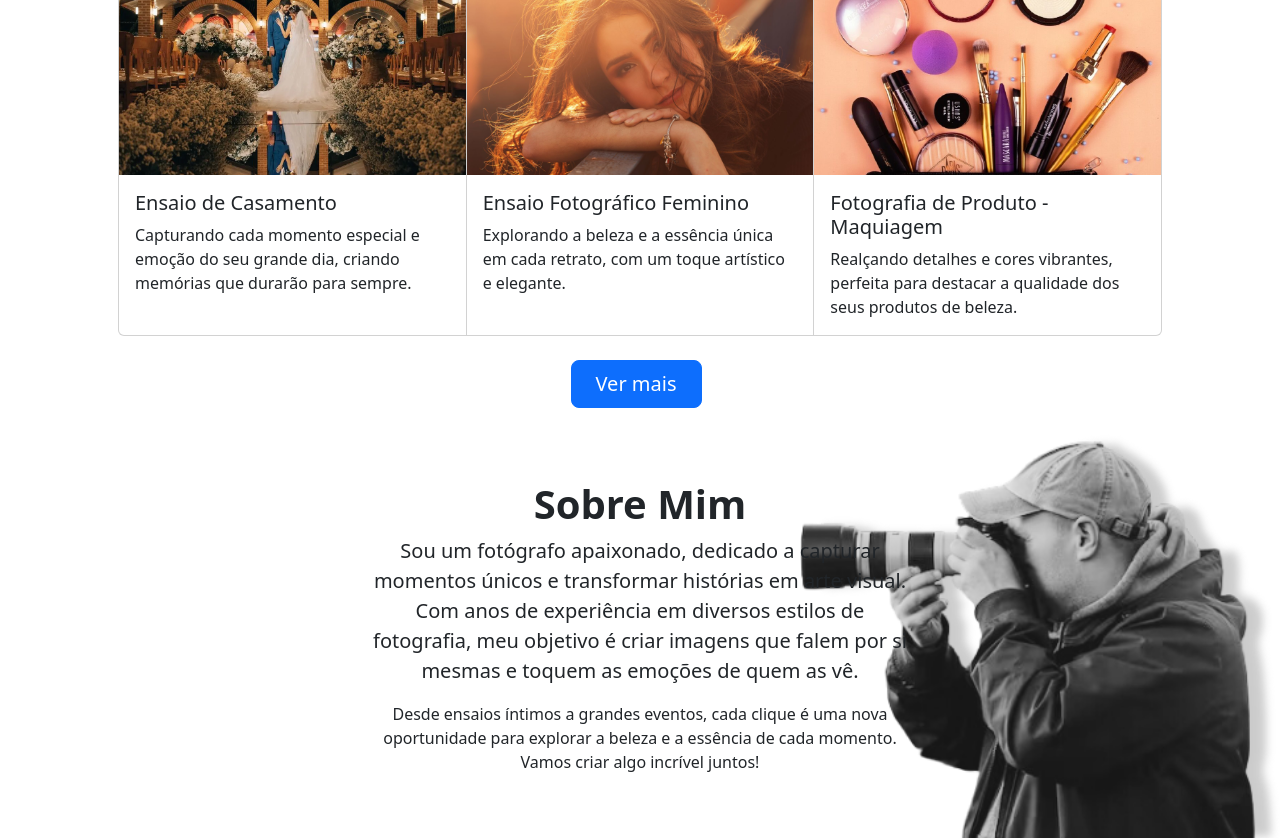
Repository: Marinalr-25/portifolio-fotografia
Page: index.html
The author's editor kept a copy of each file at every save. The page is drawn from the files as they stood at one save, then again after the next save.
The browser window is 1280 px wide. The pictures show the part of the page from y = 719 to 1671 px (the page is 1557 px tall before and 1671 px after).
A picture or video elsewhere on the page could not be fetched, so the positions and the page height are approximate.

Above is the page before, as saved 2025-01-19 17:40:23.

After the next save:
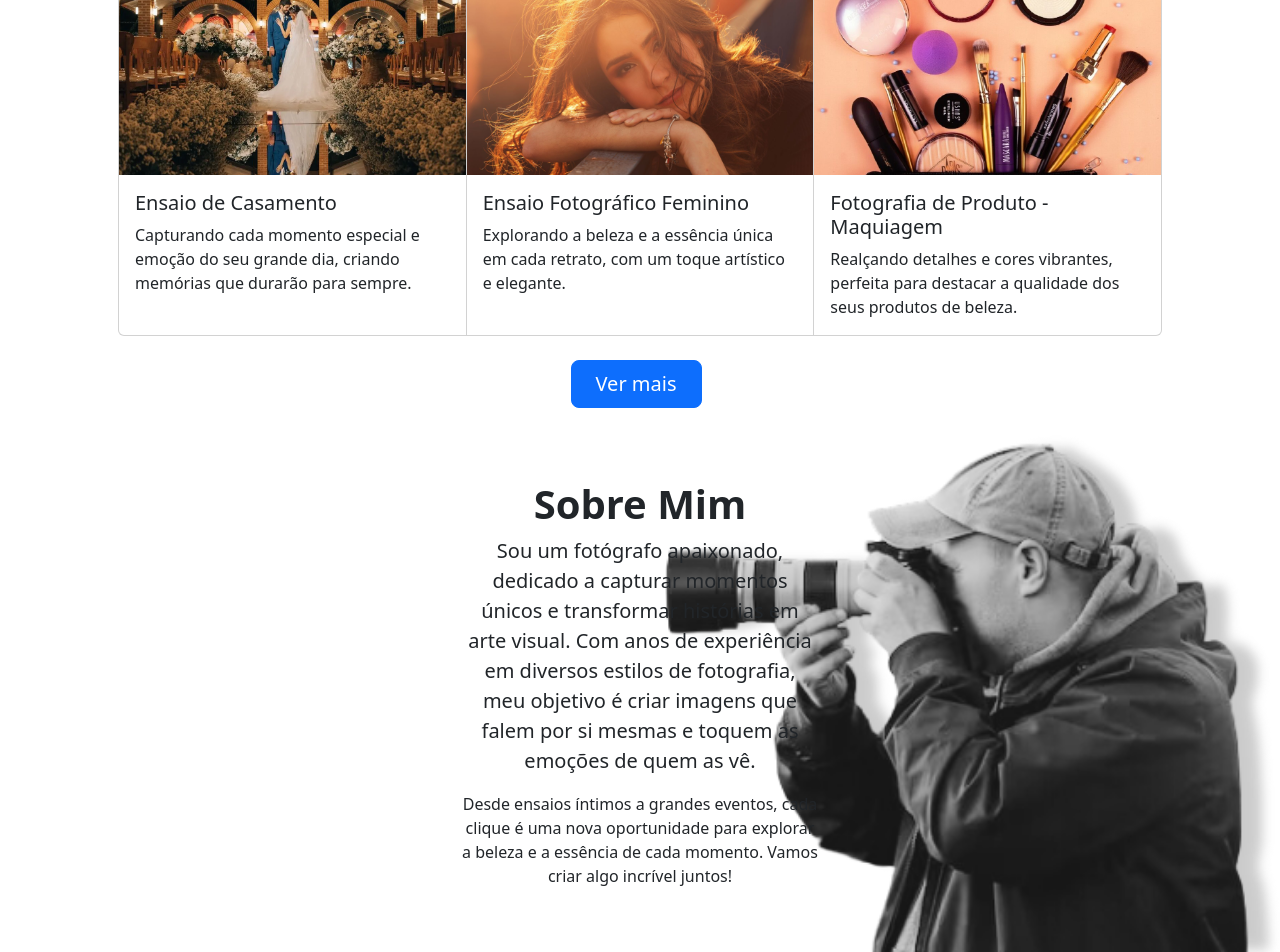
Saved 4 s later.
--- a/index.html
+++ b/index.html
@@ -150,7 +150,7 @@
     <div class="fotografo">
       <div id="sobre" class="container py-5">
         <div class="row justify-content-center">
-          <div class="col-lg-6 text-center">
+          <div class="col-lg-4 text-center">
             <h1 class="fw-bold">Sobre Mim</h1>
             <p class="lead">
               Sou um fotógrafo apaixonado, dedicado a capturar momentos únicos e

After the save that followed:
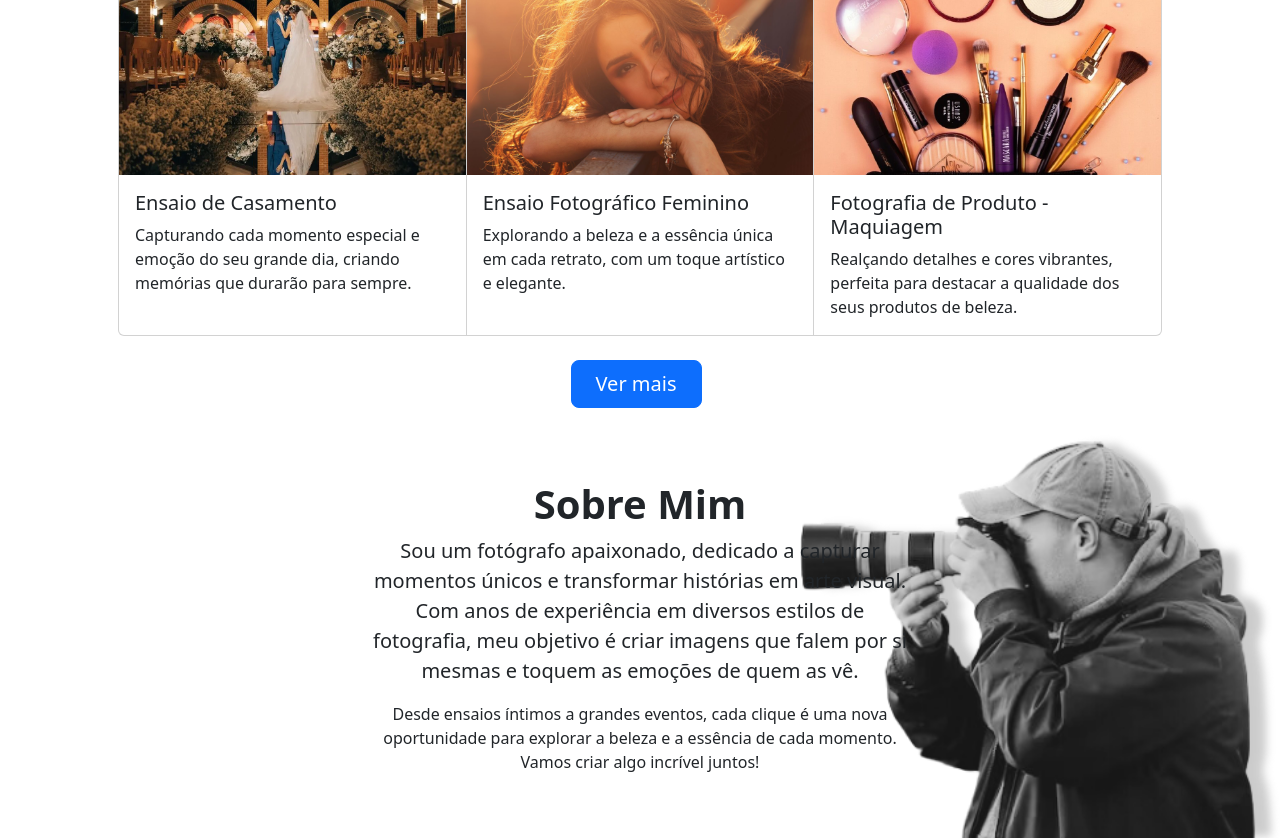
Saved 7 s later.
--- a/index.html
+++ b/index.html
@@ -150,7 +150,7 @@
     <div class="fotografo">
       <div id="sobre" class="container py-5">
         <div class="row justify-content-center">
-          <div class="col-lg-4 text-center">
+          <div class="col-lg-6 text-center">
             <h1 class="fw-bold">Sobre Mim</h1>
             <p class="lead">
               Sou um fotógrafo apaixonado, dedicado a capturar momentos únicos e
